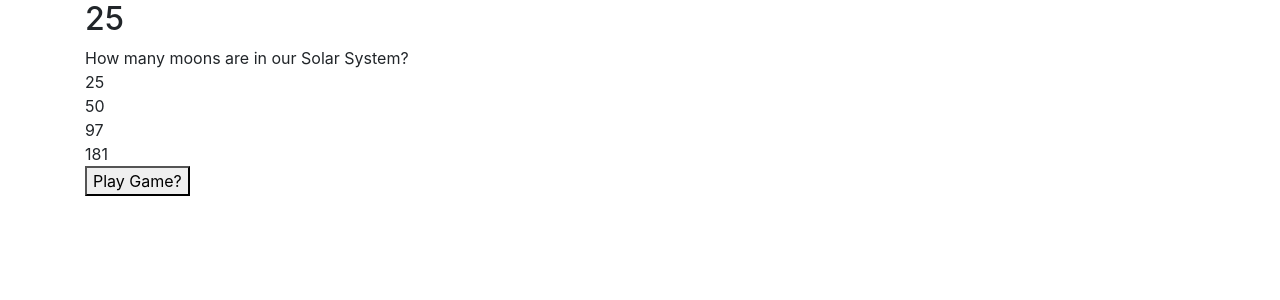
Repository: dsaftler/Trivia
Page: index.html
An editor plug-in stored every save of this project. The page is shown before and after the next save, followed by the edit.
The browser window is 1280 px wide. The pictures show the whole page.

Above is the page before, as saved 2019-04-12 22:15:33.

### index.html
<!DOCTYPE html>
<html lang="en">
<head>
  <meta charset="UTF-8">
  <meta name="viewport" content="width=device-width, initial-scale=1.0">
  <meta http-equiv="X-UA-Compatible" content="ie=edge">
  <link rel="stylesheet" href="https://stackpath.bootstrapcdn.com/bootstrap/4.3.1/css/bootstrap.min.css"
    integrity="sha384-ggOyR0iXCbMQv3Xipma34MD+dH/1fQ784/j6cY/iJTQUOhcWr7x9JvoRxT2MZw1T" crossorigin="anonymous">
  <!-- custom css -->
  <link rel="stylesheet" href="assets/css/style.css" type="text/css">

  <title>Trivia Game</title>
</head>
<body>
<div class="container">
  <div class="showTimer"><span id="timer"></span></div>
  <div class="showQuestion"><span id="question"></span></div>
  <div class="showAnswer"><span id="answer"></span></div>
  <div id="showWinsCnt"><span id="wins"></span></div>
  <div id="showLoseCnt"><span id="wrongs"></span></div>
  <div id="showMissCnt"><span id="misses"></span></div>
  <div class="answers" ><span id="answer0"></span></div>
  <div class="answers" ><span id="answer1"></span></div>
  <div class="answers" ><span id="answer2"></span></div>
  <div class="answers" ><span id="answer3"></span></div>
  <button id="newGame">Play Game?</button>
  <!-- <button id="temp1" onclick="newQuestion()">Next Question?</button> -->
</div>

<!-- bootstrap scripts -->
<script src="https://code.jquery.com/jquery-3.3.1.slim.min.js"
  integrity="sha384-q8i/X+965DzO0rT7abK41JStQIAqVgRVzpbzo5smXKp4YfRvH+8abtTE1Pi6jizo" crossorigin="anonymous"></script>
<script src="https://cdnjs.cloudflare.com/ajax/libs/popper.js/1.14.7/umd/popper.min.js"
  integrity="sha384-UO2eT0CpHqdSJQ6hJty5KVphtPhzWj9WO1clHTMGa3JDZwrnQq4sF86dIHNDz0W1" crossorigin="anonymous"></script>
<script src="https://stackpath.bootstrapcdn.com/bootstrap/4.3.1/js/bootstrap.min.js"
  integrity="sha384-JjSmVgyd0p3pXB1rRibZUAYoIIy6OrQ6VrjIEaFf/nJGzIxFDsf4x0xIM+B07jRM" crossorigin="anonymous"></script>
<script src="assets/javascript/app.js"></script>


</body>
</html>

### assets/css/style.css
.showTimer
.showQuestion
.showAnswer
.showWinsCnt
.showLoseCnt
.answers

### assets/javascript/app.js
// Advanced game has a 30 second timer that counts down to 0 for each question
// If the timer is 0 OR  a wrong answer is chosen:
  // show the correct answer for 5 seconds
// display a new question
// restart the timer with no user interaction

// questions are contained in an array with question, array of answers, index of correct answer
// question shows in questionId
// "Correct"  or "Correct Answer" shows in answerId
// 4 possible answers show in 4 clickable buttons
// buttons have hover behavior
//  only one can be selected (by click)

// scores for Wins, Losses, and Unanswered are kept (correct, wrong, timer ==0)
// ask to play again in link
// click on play restarts the game without re-loading the page

var qArray =[];
var wins, wrongs, misses, seconds;
var correctAnswerId;
var timer;
var isNewGame = true;
var timerRunning=false;

// var States = {
//   PREGAME: 1,
//   PLAYING: 2,
//   GAMEOVER: 3,
//   YOUWON: 4
// };
// var GameState = States.PREGAME;

i=0
$(document).ready(function () {
  initGame();

  newQuestion(i);
  $(".answers").click(function() {
    stopTimer();
    var $target = $(this).attr("id")
    for(let j = 0; j<4; j++) {
    jtarget = "answer" + j
    console.log(jtarget)
    if (jtarget == $target)
      if (j=correctAnswerId){
        win()
      } else {
        lose()
      };
    };
  });
}) ;

$("document").ready(function () {
  initGame();
  $(".answers").on("click", stopTimer);
  for (let i = 0; i < qArray.length; i++) {
    $("#question").text = qArray[i].question;
    console.log(qArray[i].question)

  }
    //$("#answer0".text=qArray[i].ansArray[0];
 // document.getElementById("temp1").style.display = "none";
  //qArray.forEach(function initGame(currentVal){
 //for (let i=0; i<qArray.length;i++){
  //  $(".answers").click(function () {
  //   var $target = $(this).attr("id")
  //   itarget = "answer" + "2"
  //   if (itarget===$target){
  //     //win
  //     stop();
  //     console.log("Win")
  //   }else{
  //     //lose
  //     stop();
  //     console.log("Lose")
  //   }


      //miss

  //  });
 // }
 });

function initGame() {

  wins = 0;
  wrongs = 0;
  misses = 0;
  loadQuestions();
  //qArray.jsGameState = States.PLAYING;
 // newQuestion();
}


function newQuestion(i)
{
  // show game pieces: question, answers
  $("#question").text(qArray[i].question);
  $("#answer0").text(qArray[i].ansArray[0]);
  $("#answer1").text(qArray[i].ansArray[1]);
  $("#answer2").text(qArray[i].ansArray[2]);
  $("#answer3").text(qArray[i].ansArray[3]);
  correctAnswerId = qArray[i].correct;
  info = qArray[i].extra;
  seconds = 30;
  showTime();
  timer = setInterval(tick, 1000);

}





function closeGame()
{
  $("#wins").text(wins);
  $("#wrongs").text(wrongs);
  $("#misses").text(misses);
  $("#newGame").show();
}


//  The decrement function.
function tick()
{
  //  Decrease number by one.

  seconds--;
  if (seconds < 0) {
    //  ...run the stop function.
    stopTimer()
    //  Alert the user that time is up.
    console.log("Miss");
    document.getElementById("temp1").style.display = "block";
    return;
  }
  showTime();

}

function stopTimer()
{
  clearInterval(timer);
}

//  Execute the run function.
function showTime()
{
 $("#timer").html("<h2>" + seconds + "</h2>");
 console.log(seconds);
}

function Misses(){
  misses++;
 // showMisses
}
function loadQuestions(){
qArray = [
    {
      question: "How many moons are in our Solar System?",
      correct: 3,
      ansArray: [25, 50, 97, 181],
      extra: "These moons (also known as natural satellites) vary greatly in size and quantity per planet. For example, the largest moon is Jupiter’s Ganymede, and the smallest is Mar’s Deimos. Ganymede has a diameter of 3,273 miles, and Deimos has a diameter of 7 miles."
    },
    {
      question: "What percent of the universe is dark matter? (Plus or minus 2%.)",
      correct: 1,
      ansArray: ["15%", "27%", "50%", "80%"],
      extra: "The rest of the universe is around 68% dark energy, and less than 5% of the universe is made up of what we would consider ‘normal’ matter. This means that roughly 80% of the mass of the universe is made up of material we cannot see."
    },
    {
      question: "What is the most common type of star found in the Milky Way?",
      correct: 1,
      ansArray: ["Neutron stars", "Red dwarf stars", "Supernovae", "G-type"],
      extra: "Red dwarf stars make up an estimated ¾ of all stars found in the Milky Way. The surface temperature of red dwarf stars is less than 4,000 Kelvin, and they have a very low luminosity and therefore cannot be easily seen. In fact, from Earth not one red dwarf star can be seen with the naked eye. Since they develop very slowly and are constant for trillions of years, there are actually no advanced stars of this type in our galaxy because our galaxy is too young!"
    },
    {
      question: "What is the closest star to the Sun?",
      correct: 0,
      ansArray: ["Proxima Centauri", "Tau Ceti", "51 Pegasi", "Rigel"],
      extra: "Proxima Centauri is a red dwarf star located in Alpha Centauri system, which is in the Centaurus constellation. Alpha Centauri is actually a triple star system with Proxima Centauri being the closest to the sun. It is 4.24 light years away from the sun, and is not visible to the naked eye from Earth."
    },
    {
      question: "What has a gravitational pull so strong that even light cannot escape it?",
      correct: 2,
      ansArray: ["Quantum gravity well", "3rd law of thermodynamics", "Black hole", "Mutual attraction"],
      extra: "Black holes are one of the deadliest things in the universe. They are formed when a star with a mass more than three times that of our sun dies and collapses onto itself after an explosion called a supernova. Black holes can siphon the gas out of stars until they vanish. They can even break apart and swallow planets."
    },
    {
      question: "Which NASA space flight was the last manned mission to the moon?",
      correct: 3,
      ansArray: ["Skylab 4", "Gemini 12", "Skynet 3", "Apollo 17"],
      extra: "Apollo 17 launched on December 7, 1972 as the first night launch done by NASA. It was also the final mission of NASA’s Apollo program. Apollo 17 was the last time humans traveled beyond low Earth orbit. The mission also boasted that at the time it had the longest moon landing, largest lunar samples, longest time in orbit, and the longest total moonwalks."
    },
    {
      question: "What is the longest continuous time a human has spent in space? (Plus or minus 20 days.)",
      correct: 2,
      ansArray: ["37 days", "189 days", "437 days", "500 days"],
      extra: "This amounts to more than 14 months in space. This feat was accomplished by Valeri Polyakov, a Russian astronaut who stayed aboard the Mir space station from January 1994 to March 1995. When Polyakov retired he had over 678 cumulative days in space, and his combined space time was over 22 months."
    },
    {
      question: "How much time does sun rays take to reach earth?",
      correct: 2,
      ansArray: ["58 seconds", "3.5 minutes", "8 minutes", "14 minutes"],
      extra: "The speed of light in vacuum, commonly denoted c, is a universal physical constant important in many areas of physics. Its exact value is299,792,458 meters per second (approximately 300,000 km/s (186,000 mi/s))."
    },
    {
      question: "When the Halley’s Comet will be visible from Earth again?",
      correct: 3,
      ansArray: ["2024", "2039", "2042", "2061"],
      extra: "Halley's Comet is arguably the most famous comet. It is a ‘periodic’ comet and returns to Earth's vicinity about every 75 years, making it possible for a human to see it twice in his or her lifetime. The last time it was here was in 1986, and it is projected to return in 2061."
    },
    {
      question: "When does a lunar eclipse occur?",
      correct: 0,
      ansArray: ["Earth is between the Sun and the Moon", "Sun is between the Earth and the Moon", "Moon is in the 7th House", "Moon is between the Sun and the Earth"],
      extra: "A lunar eclipse occurs when the Moon passes directly behind Earth and into its shadow. This can occur only when the Sun, Earth, and Moon are exactly or very closely aligned, with Earth between the other two. A lunar eclipse can occur only on the night of a full moon."
    },
    {
      question: "How long was the shortest space flight?",
      correct: 0,
      ansArray: ["15 minutes", "73 minutes", "4.5 hours", "3 days"],
      extra: "This occurred on May 5, 1961 when Alan Shepard achieved an altitude of 115 miles in NASA’s Freedom 7. He was also the first American in space. Shepard later went on to become the oldest person to walk on the surface of the moon. He achieved this in 1971 during the Apollo 14 mission. At the time, he was 47 years old."
    }
  ]
  console.log(qArray);
};

After the next save:
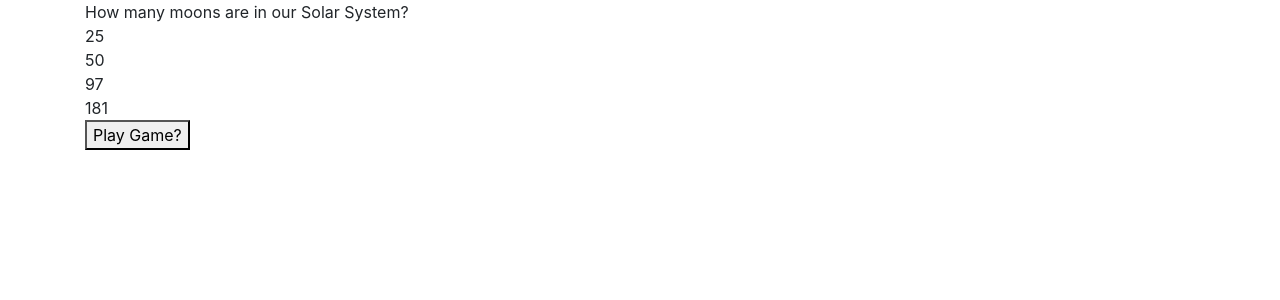
Console error: ReferenceError: correct is not defined
Saved 4 min 20 s later.
--- a/assets/javascript/app.js
+++ b/assets/javascript/app.js
@@ -97,12 +97,15 @@
 function newQuestion(i)
 {
   // show game pieces: question, answers
+  console.log(qArray[i]);
   $("#question").text(qArray[i].question);
   $("#answer0").text(qArray[i].ansArray[0]);
+  console.log(qArray[i].ansArray[0]);
   $("#answer1").text(qArray[i].ansArray[1]);
   $("#answer2").text(qArray[i].ansArray[2]);
   $("#answer3").text(qArray[i].ansArray[3]);
   correctAnswerId = qArray[i].correct;
+  console.log(qArray[i].ansArray[correct]);
   info = qArray[i].extra;
   seconds = 30;
   showTime();
@@ -214,12 +217,6 @@
       extra: "Halley's Comet is arguably the most famous comet. It is a ‘periodic’ comet and returns to Earth's vicinity about every 75 years, making it possible for a human to see it twice in his or her lifetime. The last time it was here was in 1986, and it is projected to return in 2061."
     },
     {
-      question: "When does a lunar eclipse occur?",
-      correct: 0,
-      ansArray: ["Earth is between the Sun and the Moon", "Sun is between the Earth and the Moon", "Moon is in the 7th House", "Moon is between the Sun and the Earth"],
-      extra: "A lunar eclipse occurs when the Moon passes directly behind Earth and into its shadow. This can occur only when the Sun, Earth, and Moon are exactly or very closely aligned, with Earth between the other two. A lunar eclipse can occur only on the night of a full moon."
-    },
-    {
       question: "How long was the shortest space flight?",
       correct: 0,
       ansArray: ["15 minutes", "73 minutes", "4.5 hours", "3 days"],

After the 2 saves that followed:
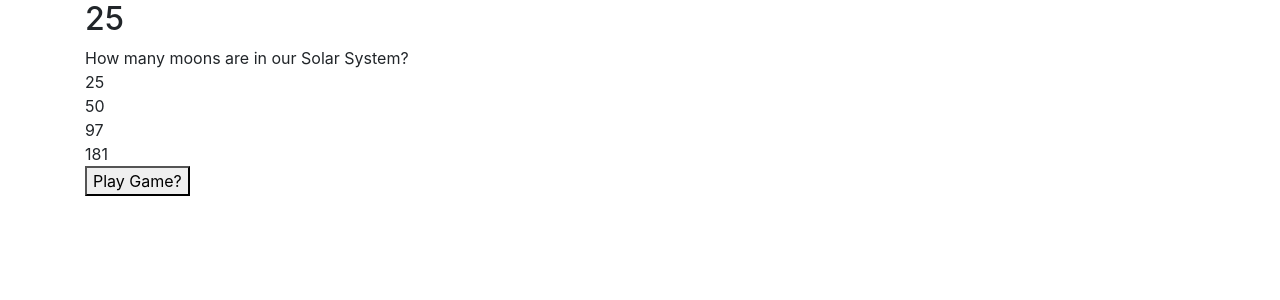
The error is gone.
The 2 saves are shown as one change because 1 left the picture as it was.
The last was saved 14 min 53 s later.
--- a/assets/javascript/app.js
+++ b/assets/javascript/app.js
@@ -19,6 +19,7 @@
 var wins, wrongs, misses, seconds;
 var correctAnswerId;
 var timer;
+var seconds;
 var isNewGame = true;
 var timerRunning=false;
 
@@ -51,38 +52,6 @@
   });
 }) ;
 
-$("document").ready(function () {
-  initGame();
-  $(".answers").on("click", stopTimer);
-  for (let i = 0; i < qArray.length; i++) {
-    $("#question").text = qArray[i].question;
-    console.log(qArray[i].question)
-
-  }
-    //$("#answer0".text=qArray[i].ansArray[0];
- // document.getElementById("temp1").style.display = "none";
-  //qArray.forEach(function initGame(currentVal){
- //for (let i=0; i<qArray.length;i++){
-  //  $(".answers").click(function () {
-  //   var $target = $(this).attr("id")
-  //   itarget = "answer" + "2"
-  //   if (itarget===$target){
-  //     //win
-  //     stop();
-  //     console.log("Win")
-  //   }else{
-  //     //lose
-  //     stop();
-  //     console.log("Lose")
-  //   }
-
-
-      //miss
-
-  //  });
- // }
- });
-
 function initGame() {
 
   wins = 0;
@@ -105,7 +74,7 @@
   $("#answer2").text(qArray[i].ansArray[2]);
   $("#answer3").text(qArray[i].ansArray[3]);
   correctAnswerId = qArray[i].correct;
-  console.log(qArray[i].ansArray[correct]);
+  console.log(qArray[i].ansArray[correctAnswerId]);
   info = qArray[i].extra;
   seconds = 30;
   showTime();
@@ -137,7 +106,7 @@
     stopTimer()
     //  Alert the user that time is up.
     console.log("Miss");
-    document.getElementById("temp1").style.display = "block";
+    //document.getElementById("temp1").style.display = "block";
     return;
   }
   showTime();
@@ -155,8 +124,13 @@
  $("#timer").html("<h2>" + seconds + "</h2>");
  console.log(seconds);
 }
-
-function Misses(){
+function win() {
+  wins++;
+}
+function lose() {
+  losses++
+}
+function Miss(){
   misses++;
  // showMisses
 }
